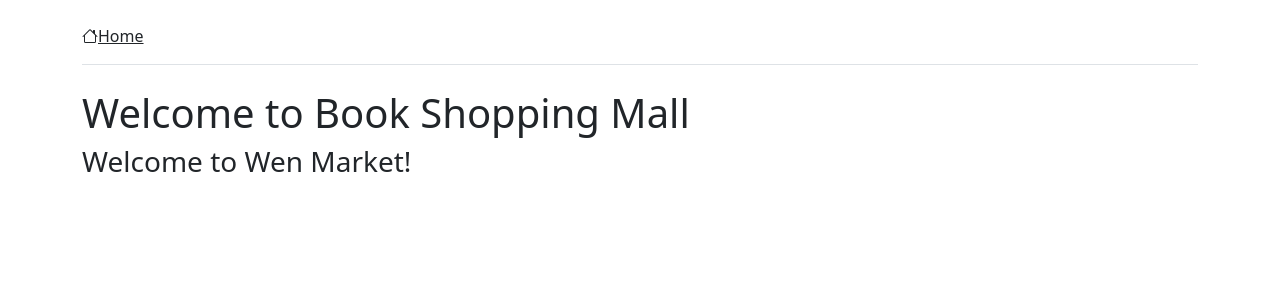
Repository: Sanetuk/jspprojects
Page: http://localhost/bookmarket/menu.jsp
These files come from the project's save history. The page is drawn as it stood at one moment and after the next save; the edit follows.
The browser window is 1280 px wide. The pictures show the whole page.
The page is served by Tomcat 9. Other server files are loaded and not shown.

Above is the page before, as saved 2024-08-06 08:12:58.

### bookmarket/src/main/webapp/menu.jsp
<%@ page language="java" contentType="text/html; charset=UTF-8"
    pageEncoding="UTF-8"%>
<!DOCTYPE html>
<html>
<head>
<link href="https://cdn.jsdelivr.net/npm/bootstrap@5.0.2/dist/css/bootstrap.min.css"
	rel="stylesheet"
	integrity="sha384-EVSTQN3/azprG1Anm3QDgpJLIm9Nao0Yz1ztcQTwFspd3yD65VohhpuuCOmLASjC"
	crossorigin="anonymous">
<meta charset="UTF-8">
<title>Insert title here</title>
</head>
<body>
	<div class="container py-4">
		<header class="pb-3 mb-4 border-bottom">
			<a href="welcome.jsp" class="d-flex align-items-center text-dark test-decoration-none">
				<svg xmlns="http://www.w3.org/2000/svg" width="16" height="16" fill="currentColor" class="bi bi-house" viewBox="0 0 16 16">
  <path d="M8.707 1.5a1 1 0 0 0-1.414 0L.646 8.146a.5.5 0 0 0 .708.708L2 8.207V13.5A1.5 1.5 0 0 0 3.5 15h9a1.5 1.5 0 0 0 1.5-1.5V8.207l.646.647a.5.5 0 0 0 .708-.708L13 5.793V2.5a.5.5 0 0 0-.5-.5h-1a.5.5 0 0 0-.5.5v1.293zM13 7.207V13.5a.5.5 0 0 1-.5.5h-9a.5.5 0 0 1-.5-.5V7.207l5-5z"/>
</svg>
				<span>Home</span>
			</a>
		</header>
	<%!
		String greeting = "Welcome to Book Shopping Mall";
		String tagline = "Welcome to Wen Market!";
	%>
	<h1><%= greeting %></h1>
	<h3><%= tagline %></h3>
	</div>
</body>
</html>

After the next save:
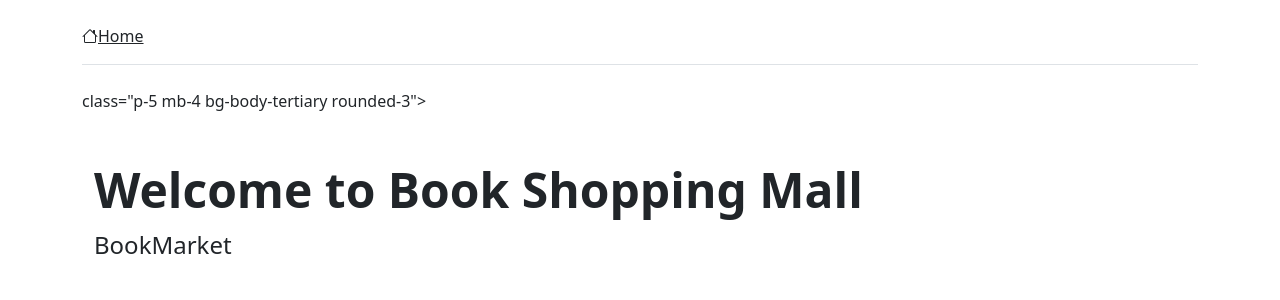
Saved 5 min 12 s later.
--- a/bookmarket/src/main/webapp/menu.jsp
+++ b/bookmarket/src/main/webapp/menu.jsp
@@ -24,8 +24,21 @@
 		String greeting = "Welcome to Book Shopping Mall";
 		String tagline = "Welcome to Wen Market!";
 	%>
-	<h1><%= greeting %></h1>
-	<h3><%= tagline %></h3>
+	<%-- <h1><%= greeting %></h1>
+	<h3><%= tagline %></h3> --%>
+	<div> class="p-5 mb-4 bg-body-tertiary rounded-3">
+		<div class="container-fluid py-5">
+			<h1 class="display-5 fw-bold"><%= greeting %></h1>
+			<p class="col-md-8 fs-4">BookMarket</p>
+		</div>
+	</div>
+
+	<div class="row align-items-md-stretch text-center">
+		<div class="col-md-12">
+			<div class="h-100 p-5>
+				<h3><%= tagline %></h3>
+			</div>
+		</div>
 	</div>
 </body>
 </html>
